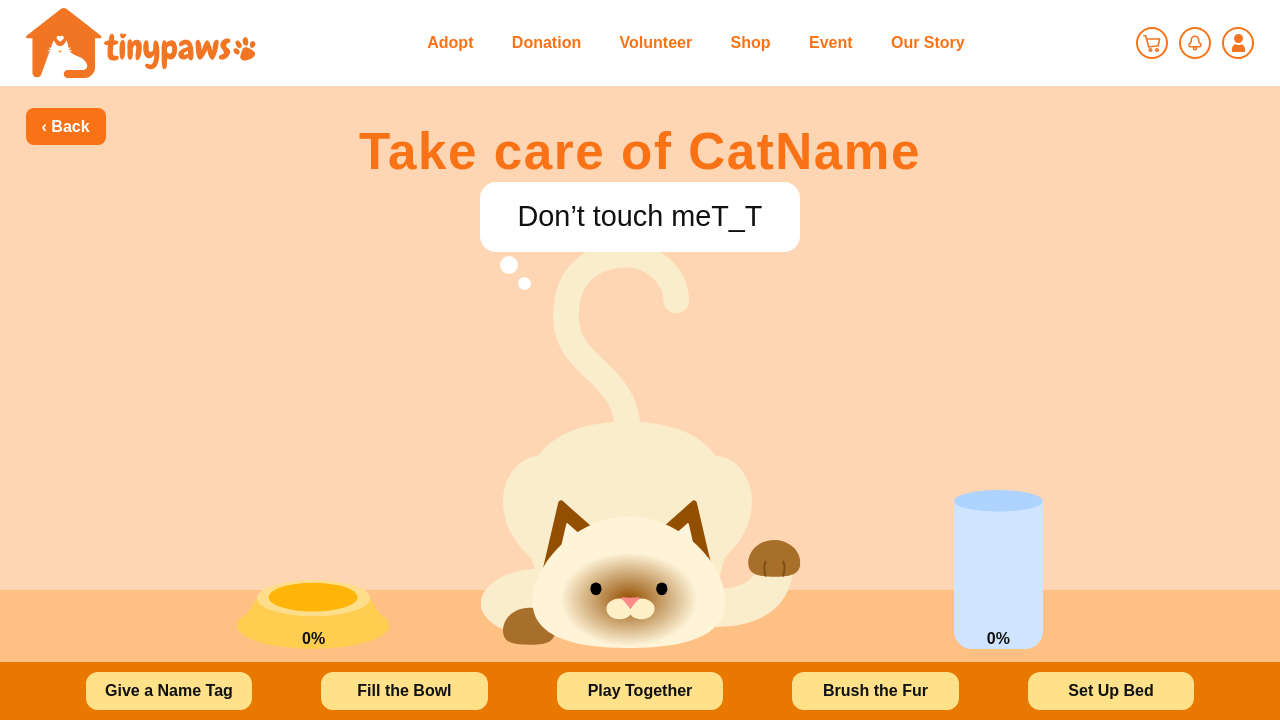
Repository: LShuyanLi/TinyPaws
Page: /, after clicking the first element matching `div > div`
An editor plug-in stored every save of this project. The page is shown before and after the next save, followed by the edit.
The browser window is 1280 px wide. The pictures show the whole page.
The project was rebuilt for these pictures with package versions that can differ from the ones it lists, and the page was loaded fresh each time. The framework's server and built-in components were replaced by stand-ins that run in the browser. Also part of the build but not shown: next.config.mjs.

Above is the page before, as saved 2026-05-09 23:43:23.

After the next save:
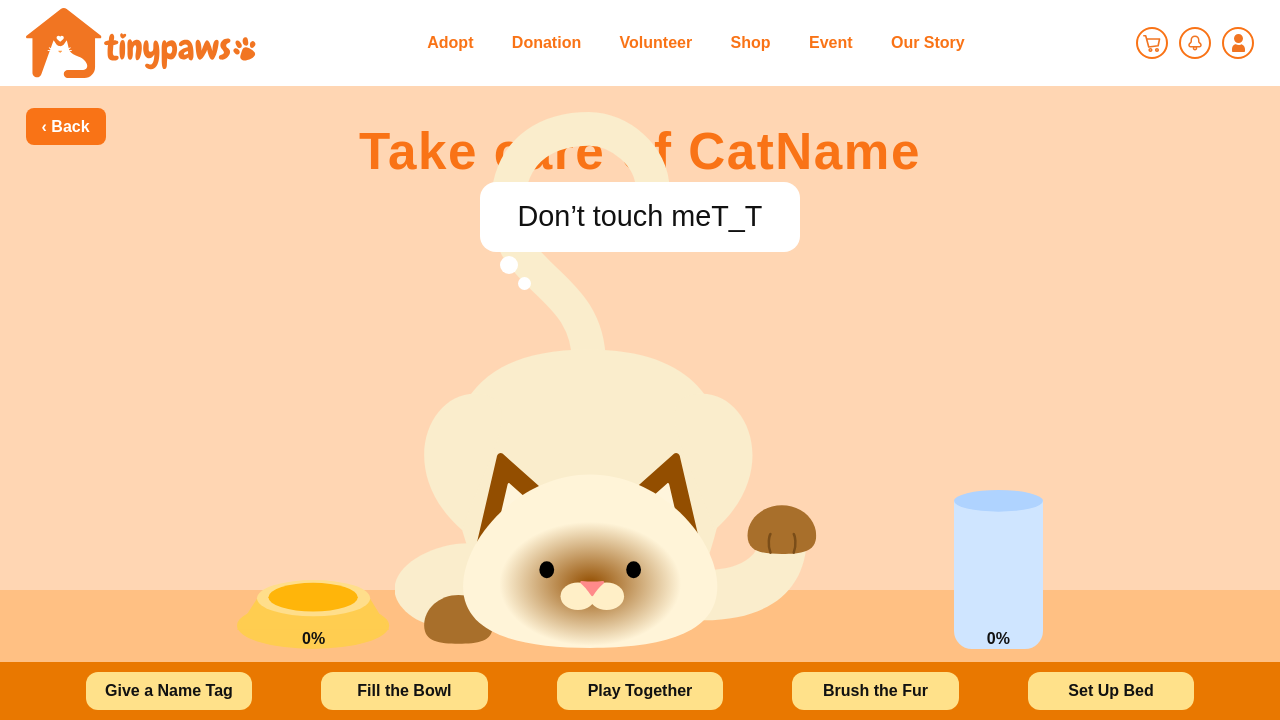
Saved 43 s later.
--- a/components/shared/CatDisplay.jsx
+++ b/components/shared/CatDisplay.jsx
@@ -70,8 +70,8 @@ export default function CatDisplay({
       )}
       <div
         style={{
-          width: "625px",
-          height: "625px",
+          width: "825px",
+          height: "825px",
           position: "relative",
         }}
       >
